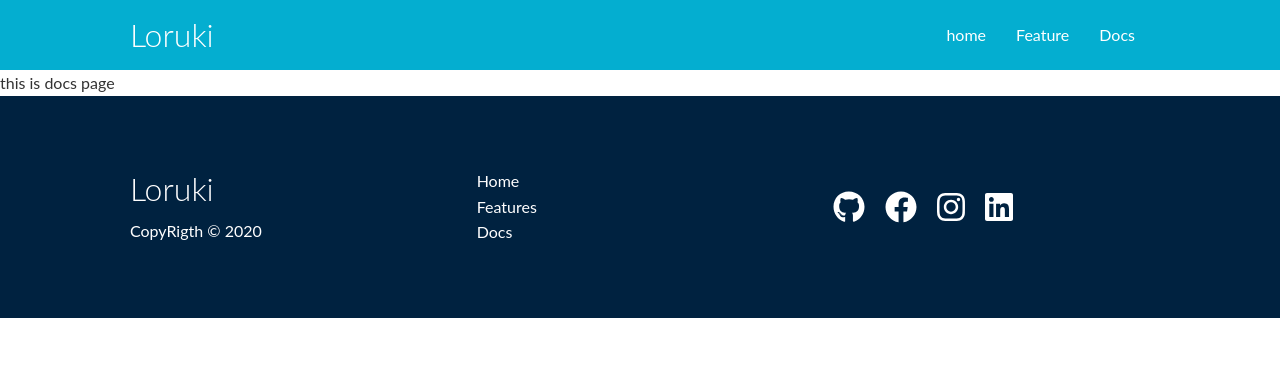
Repository: MosiurRrahman/loruki-app-reactjs
Page: /docs
An editor plug-in stored every save of this project. The page is shown before and after the next save, followed by the edit.
The browser window is 1280 px wide. The pictures show the whole page.
The project was rebuilt for these pictures with package versions that can differ from the ones it lists, and the page was loaded fresh each time. Also part of the build but not shown: src/components/pages/home/Cli.js, src/components/pages/home/Cloud.js, src/assets/images/images.js, src/components/pages/home/Languages.js, src/components/pages/home/ShowcaseForm.js, src/components/pages/home/ShowCase.js, src/components/pages/home/Status.js, src/components/pages/home/HomePage.js and 5 more.

Above is the page before, as saved 2021-10-06 14:13:26.

### src/index.js
import React from 'react';
import ReactDOM from 'react-dom';
import { BrowserRouter, Route, Switch } from 'react-router-dom';
import Layout from './components/app';
import defaultLayout from './components/layouts/Main';
import docs from './components/pages/docs/Docs';
import feature from './components/pages/feature/Feature';
import './index.css';
// import './utilities';






class Root extends React.Component{
  render(){
    return(
      <BrowserRouter basename = {"/"} >
      <Switch>
        <Route exact path = "/home" component={defaultLayout} />
      <Layout>
          <Route path='/feature' component={feature}></Route>
          <Route path='/docs' component={docs}></Route>
      </Layout>
      </Switch>
      </BrowserRouter>
    );
  }
}




ReactDOM.render(
  <React.StrictMode>
    <Root />
  </React.StrictMode>,
  document.getElementById('root')
);

### src/components/app.jsx
import { Component } from "react";
import Footer from "./common/Footer";
import Header from "./common/Header";

class Layout extends Component {
  render() {
    return (
      <>
        <Header />
        {this.props.children}
        <Footer />
      </>
    );
  }
}
export default Layout;

### src/components/pages/docs/Docs.js
import React, { Component } from 'react';

class Docs extends Component {
    render() {
        return (
            <div>
                this is docs page
            </div>
        );
    }
}

export default Docs;

### src/index.css
/* all css imported */

@import url("./assets/css/main");
@import url("./assets/css/utilities");

### src/components/common/Footer.jsx
import {
  faFacebook,
  faGithub,
  faInstagram,
  faLinkedin,
} from "@fortawesome/free-brands-svg-icons";
import { FontAwesomeIcon } from "@fortawesome/react-fontawesome";
import { Component } from "react";

class Footer extends Component {
  render() {
    return (
      <>
        <footer className="footer bg-dark py-5">
          <div className="container grid grid-3">
            <div>
              <h1>Loruki</h1>
              <p>CopyRigth &copy; 2020</p>
            </div>
            <nav>
              <ul>
                <li>
                  <a href="index.html">Home</a>
                </li>
                <li>
                  <a href="feature.html">Features</a>
                </li>
                <li>
                  <a href="docs.html">Docs</a>
                </li>
              </ul>
            </nav>
            <div className="social">
              <a href="/home">
                <li className="fa-2x">
                  <FontAwesomeIcon icon={faGithub} />
                </li>
              </a>
              <a href="/home">
                <li className="fa-2x">
                  <FontAwesomeIcon icon={faFacebook} />
                </li>
              </a>
              <a href="/home">
                <li className="fa-2x">
                  <FontAwesomeIcon icon={faInstagram} />
                </li>
              </a>
              <a href="/home">
                <li className=" fa-2x">
                  <FontAwesomeIcon icon={faLinkedin} />
                </li>
              </a>
            </div>
          </div>
        </footer>
      </>
    );
  }
}
export default Footer;

### src/components/common/Header.jsx
import { Component } from "react";
import { Link } from "react-router-dom";

class Header extends Component {
  render() {
    return (
      <>
        <div className="navbar">
          <div className="container flex">
            <h1 className="logo">Loruki</h1>
            <nav>
              <ul>
                <li>
                  {/* <a href="index.html">Home</a> */}
                  <Link to="/home">home</Link>
                </li>
                <li>
                  <Link to="/feature">Feature</Link>
                </li>
                <li>
                  <a href="/docs">Docs</a>
                </li>
              </ul>
            </nav>
          </div>
        </div>
      </>
    );
  }
}
export default Header;

### src/assets/css/main.css
:root {
  --primary-color: #04aed0;
  --secondry-color: #04a1c0;
  --dark-color: #002240;
  --light-color: #f4f4ff;
  --success-color: #5cb85c;
  --error-color: #d9534f;
}

* {
  box-sizing: border-box;
  margin: 0;
  padding: 0;
}

body {
  font-family: "lato", sans-serif;
  color: #333333;
  line-height: 1.6;
}

ul {
  list-style-type: none;
}

a {
  text-decoration: none;
  color: #333333;
}

h1,
h2 {
  font-weight: 300;
  line-height: 1.2;
  margin: 10px 0;
}

p {
  margin: 10px 0;
}

img {
  width: 100%;
}

code,
pre {
  background: #333;
  color: #fff;
  padding: 10px;
}

.hidden {
  visibility: hidden;
  height: 0;
}

/* === navbar style === */

.navbar {
  background-color: var(--primary-color);
  color: #ffffff;
  height: 70px;
}

.navbar .flex {
  justify-content: space-between;
}

.navbar ul {
  display: flex;
}

.navbar ul a {
  padding: 10px;
  margin: 0 5px;
  color: #fff;
  transition: 0.3s;
}

.navbar ul a:hover {
  border-bottom: 2px solid #fff;
}

/* === Showcase style === */

.showcase {
  height: 400px;
  background-color: var(--primary-color);
  color: #fff;
  position: relative;
}

.showcase h1 {
  font-size: 40px;
}

.showcase p {
  margin: 20px 0;
}

.showcase .grid {
  overflow: visible;
  grid-template-columns: 55% 45%;
  gap: 30px;
}

body {
  overflow-x: hidden;
}

.showcase-form {
  position: relative;
  top: 60px;
  height: 350px;
  max-width: 400px;
  padding: 40px;
  z-index: 100;
  animation: slideInFromRight 1s ease-in;
}

.showcase-text {
  animation: slideInFromLeft 1s ease-in;
}

.showcase .form-control {
  margin: 30px 0;
}

.showcase input[type="text"],
.showcase input[type="email"] {
  border: 0;
  border-bottom: 1px solid #b4becb;
  width: 100%;
  padding: 3px;
  font-size: 16px;
}

.showcase-form input:focus {
  outline: none;
}

.showcase::before,
.showcase::after {
  content: "";
  position: absolute;
  height: 100px;
  background: #fff;
  left: 0;
  bottom: -60px;
  right: 0;
  transform: skewY(-3deg);
  --webkit-transform: skewY(-3deg);
  --moz-transform: skewY(-3deg);
  --ms-transform: skewY(-3deg);
}

/* ===stats=== */

.stats {
  padding-top: 100px;
  animation: slideInFromBottom 1s ease-in;
}

.stats-heading {
  max-width: 500px;
  margin: auto;
}

.stats .grid h3 {
  font-size: 35px;
}

.stats .grid p {
  font-size: 20px;
  font-weight: bold;
}

/* cli */

.cli .grid {
  grid-template-columns: repeat(3, 1fr);
  grid-template-rows: repeat(2, 1fr);
}

.cli .grid > *:first-child {
  grid-column: 1 / span 2;
  grid-row: 1 / span 2;
}

/* Cloud */

.cloud .grid {
  grid-template-columns: repeat(4fr, 1fr);
}

/* languages */

.languages .flex {
  flex-wrap: wrap;
}

.languages .card {
  text-align: center;
  margin: 18px 10px 40px;
  transition: 0.3s;
}

.languages .card:hover {
  transform: translateY(-15px);
  color: var(--primary-color);
}

.languages .card h4 {
  font-size: 20px;
  margin-bottom: 10px;
}

/* Feature section */

.freatures-head img,
.docs-head img {
  width: 200px;
  justify-self: center;
}

.freatures-sub-head img {
  width: 300px;
  justify-self: flex-end;
}

/* feature main */

.freatures-main .card > i {
  margin-right: 20px;
}

.freatures-main .grid {
  padding: 30px;
}

.freatures-main .grid > *:first-child {
  grid-column: 1 / span 3;
}

.freatures-main .grid > *:nth-child(2) {
  grid-column: 1 / span 2;
}

.freatures-main .grid > *:nth-child(2) {
  justify-content: start;
}

/* dosc */

.docs-main h3 {
  margin: 20px 0;
}

.docs-main .grid {
  grid-template-columns: 1fr 2fr;
  align-items: flex-start;
}

.docs-main nav li {
  font-size: 20px;
  padding-bottom: 5px;
  margin-bottom: 5px;
  border-bottom: 1px solid #ccc;
}

.docs-main nav a:hover {
  color: var(--primary-color);
  font-weight: bold;
}

/* Footer */
.footer .social {
  display: flex;
}
.footer .social a {
  margin: 0 10px;
}

.footer .social a li {
  list-style-type: none;
  transition: 0.3s;
}

.footer .social a li:hover {
  transform: translateY(-5px);
  color: var(--primary-color);
}

/* Animation */

@keyframes slideInFromLeft {
  0% {
    transform: translateX(-100%);
  }
  100% {
    transform: translateX(0);
  }
}

@keyframes slideInFromRight {
  0% {
    transform: translateX(70%);
  }
  100% {
    transform: translateX(0);
  }
}

@keyframes slideInFromTop {
  0% {
    transform: translateY(-100%);
  }
  100% {
    transform: translateX(0);
  }
}

@keyframes slideInFromBottom {
  0% {
    transform: translateY(100%);
  }
  100% {
    transform: translateX(0);
  }
}

/* ===responsive css ===*/

/* Tablets and under */

@media screen and (max-width: 768px) {
  .grid,
  .showcase .grid,
  .stats .grid,
  .cli .grid,
  .cloud .grid,
  .freature-main .grid,
  .docs-main .grid {
    grid-template-columns: 1fr;
    grid-template-rows: 1fr;
  }
  .showcase {
    height: auto;
  }
  .showcase-text {
    text-align: center;
    margin-top: 40px;
    animation: slideInFromTop 1s ease-in;
  }
  .showcase-form {
    justify-self: center;
    margin: auto;
    animation: slideInFromBottom 1s ease-in;
  }
  .cli .grid > *:first-child {
    grid-column: 1;
    grid-row: 1;
  }
  .freatures-head,
  .freatures-sub-head,
  .docs-head {
    text-align: center;
  }
  .freatures-head img,
  .freatures-sub-head img,
  .docs-head img {
    justify-self: center;
  }
  .freatures-main .grid > *:first-child,
  .freatures-main .grid > *:nth-child(2) {
    grid-column: 1;
  }
  .grid-3 {
    grid-template-columns: 1fr;
    grid-template-rows: 1fr;
  }
}

/* Mobile */

@media (max-width: 500px) {
  .navbar {
    height: 110px;
  }
  .navbar .flex {
    flex-direction: column;
  }
  .navbar ul {
    padding: 10px;
    background: rgba(0, 0, 0, 0.1);
  }
}

/* ===responsive css end ===*/

/* === utlities === */

.container {
  max-width: 1100px;
  margin: 0 auto;
  overflow: auto;
  padding: 0 40px;
}

.card {
  background-color: #fff;
  color: #333;
  border-radius: 10px;
  box-shadow: 0 3px 10px rgba(0, 0, 0, 0.2);
  padding: 20px;
  margin: 10px;
}

.card p {
  padding-left: 20px;
}

.btn {
  display: inline-block;
  padding: 10px 30px;
  cursor: pointer;
  background: var(--primary-color);
  color: #fff;
  border: none;
  border-radius: 5px;
  transition: 0.3s;
}

.btn-outline {
  background-color: transparent;
  border: 1px solid #ffffff;
}

.btn:hover {
  transform: translate(5px);
}

/* background and colored buttons */

.btn-primary,
.bg-primary {
  background-color: var(--primary-color);
  color: #ffffff;
}

.btn-secondry,
.bg-secondry {
  background-color: var(--secondry-color);
  color: #ffffff;
}

.btn-dark,
.bg-dark {
  background-color: var(--dark-color);
  color: #ffffff;
}

.btn-light,
.bg-light {
  background-color: var(--light-color);
  color: #333;
}

.btn-primary a,
.bg-primary a,
.btn-secondry a,
.bg-secondry a,
.btn-dark a,
.bg-dark a {
  color: #fff;
}

/* text sizes */

.lead {
  font-size: 20px;
}

.sm {
  font-size: 1rem;
}

.md {
  font-size: 2rem;
}

.lg {
  font-size: 3rem;
}

.xl {
  font-size: 4rem;
}

.text-center {
  text-align: center;
}

.flex {
  display: flex;
  justify-items: center;
  align-items: center;
  height: 100%;
}

.grid {
  display: grid;
  grid-template-columns: repeat(2, 1fr);
  gap: 20px;
  justify-content: center;
  align-items: center;
  height: 100%;
}

.grid-3 {
  grid-template-columns: repeat(3, 1fr);
}

/* alart */

.alert {
  background-color: var(--light-color);
  padding: 10px 20px;
  font-weight: bold;
  margin: 15px 0;
}

.alert i {
  margin-right: 10px;
}

.alert-success {
  background-color: var(--success-color);
  color: #fff;
}

.alert-error {
  background-color: var(--errer-color);
  color: #fff;
}

/* Margin */

.my-1 {
  margin: 1rem 0;
}

.my-2 {
  margin: 1.5rem 0;
}

.my-3 {
  margin: 2rem;
}

.my-4 {
  margin: 3rem 0;
}

.my-5 {
  margin: 4rem 0;
}

.m-1 {
  margin: 1rem;
}

.m-2 {
  margin: 1.5rem;
}

.m-3 {
  margin: 2rem;
}

.m-4 {
  margin: 3rem;
}

.m-5 {
  margin: 4rem;
}

/* padding */

.py-1 {
  padding: 1rem 0;
}

.py-2 {
  padding: 1.5rem 0;
}

.py-3 {
  padding: 2rem;
}

.py-4 {
  padding: 3rem 0;
}

.py-5 {
  padding: 4rem 0;
}

.p-1 {
  padding: 1rem;
}

.p-2 {
  padding: 1.5rem;
}

.p-3 {
  padding: 2rem;
}

.p-4 {
  padding: 3rem;
}

.p-5 {
  padding: 4rem;
}

Loaded but not shown: public/index.html (common file); src/assets/css/utilities.css (no stored copy; drawn as an empty file)

After the next save:
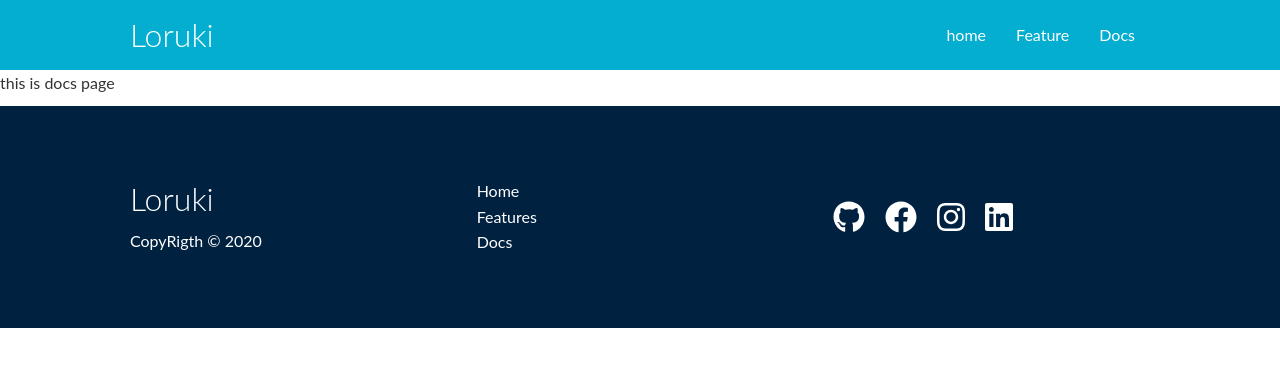
Saved 91 s later.
--- a/src/components/pages/docs/Docs.js
+++ b/src/components/pages/docs/Docs.js
@@ -5,7 +5,7 @@ class Docs extends Component {
         return (
             <div>
                 this is docs page
-            </div>
+<h1></h1>            </div>
         );
     }
 }
